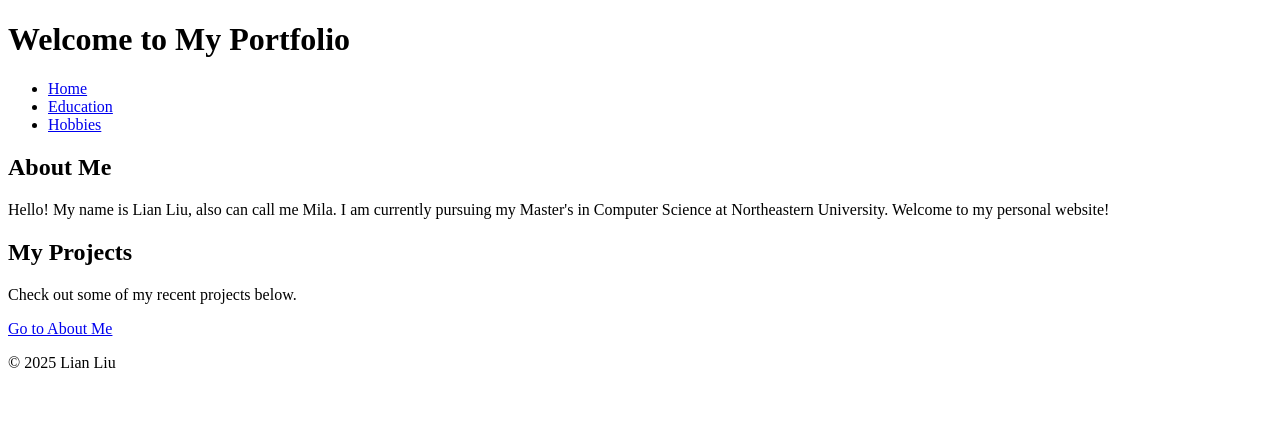
Repository: liulian26/CS5610
Page: assignment-1-liulian26/index.html
The author's editor kept a copy of each file at every save. The page is drawn from the files as they stood at one save, then again after the next save.
The browser window is 1280 px wide. The pictures show the whole page.

Above is the page before, as saved 2025-01-30 21:19:40.

### assignment-1-liulian26/index.html
<!DOCTYPE html>
<html lang="en">
<head>
    <meta charset="UTF-8">
    <meta name="viewport" content="width=device-width, initial-scale=1.0">
    <title>My Portfolio</title>
    <link rel="stylesheet" href="css/styles.css">
    <link href="https://fonts.googleapis.com/css2?family=Open+Sans:wght@400;700&display=swap" rel="stylesheet">
</head>
<body>
    <header>
        <h1>Welcome to My Portfolio</h1>
        <nav>
            <ul>
                <li><a href="index.html">Home</a></li>
                <li><a href="pages/education.html">Education</a></li>
                <li><a href="pages/hobbies.html">Hobbies</a></li>
            </ul>
        </nav>
    </header>

    <main>
      <section id="about">
        <h2>About Me</h2>
        <p>Hello! My name is Lian Liu, also can call me Mila. I am currently pursuing my Master's in Computer Science at Northeastern University. Welcome to my personal website!</p>
    </section>



      <section class="projects">
        <h2>My Projects</h2>
        <p>Check out some of my recent projects below.</p>
            <a href="#about">Go to About Me</a>
        </section>
    </main>

    <footer>
        <p>&copy; 2025 Lian Liu</p>
  </body>
</html>

Loaded but not shown: assignment-1-liulian26/css/styles.css (no stored copy; drawn as an empty file)

After the next save:
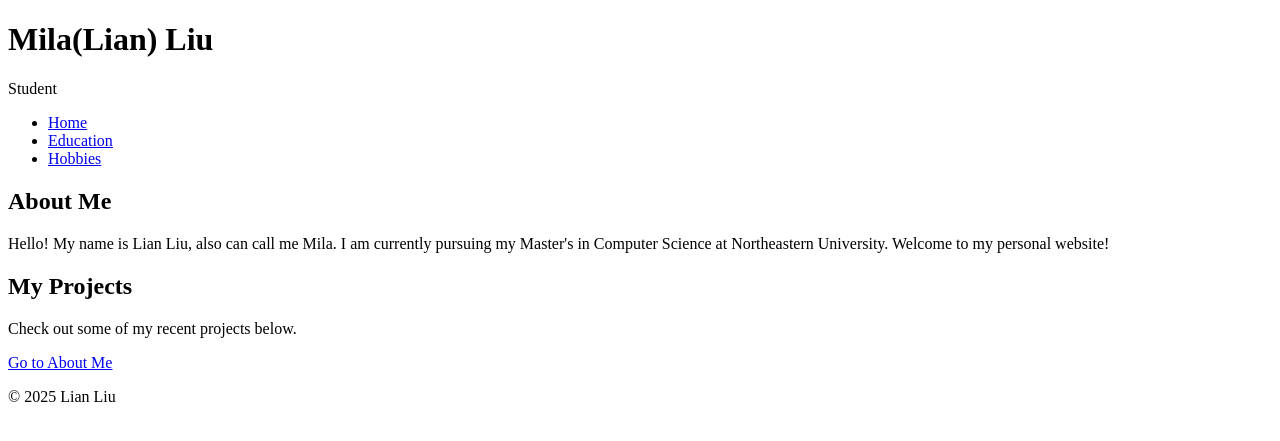
Saved 23 h 16 min later.
--- a/assignment-1-liulian26/index.html
+++ b/assignment-1-liulian26/index.html
@@ -2,14 +2,14 @@
 <html lang="en">
 <head>
     <meta charset="UTF-8">
-    <meta name="viewport" content="width=device-width, initial-scale=1.0">
     <title>My Portfolio</title>
     <link rel="stylesheet" href="css/styles.css">
     <link href="https://fonts.googleapis.com/css2?family=Open+Sans:wght@400;700&display=swap" rel="stylesheet">
 </head>
 <body>
     <header>
-        <h1>Welcome to My Portfolio</h1>
+        <h1>Mila(Lian) Liu</h1>
+        <p id="role">Student</p>
         <nav>
             <ul>
                 <li><a href="index.html">Home</a></li>
@@ -36,5 +36,12 @@
 
     <footer>
         <p>&copy; 2025 Lian Liu</p>
+        <a href="https://github.com/liulian26" target="_blank"></a>
+            <i class="fab fa-github"></i>
+        </a>
+        <a href="mailto:liu.lian1@northeastern.edu">
+            <i class="fas fa-envelope"></i>
+        </a>
+    </footer>
   </body>
 </html>
